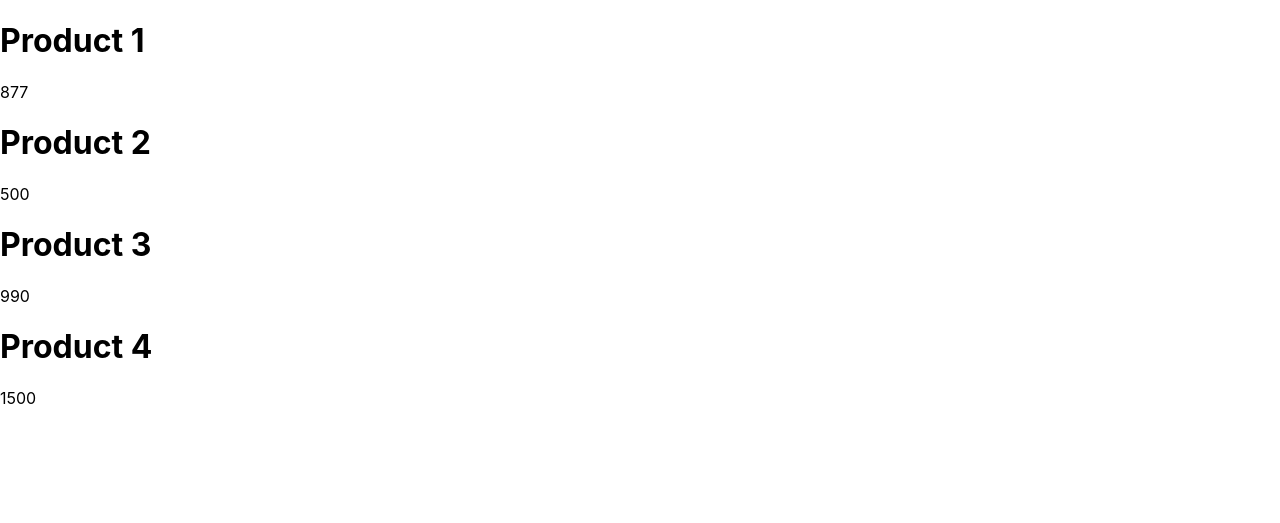
Repository: Imprasna/react-ecommerce
Page: /
An editor plug-in stored every save of this project. The page is shown before and after the next save, followed by the edit.
The browser window is 1280 px wide. The pictures show the whole page.
Some web libraries are served in a nearby version. The project was rebuilt for these pictures with package versions that can differ from the ones it lists, and the page was loaded fresh each time. Also part of the build but not shown: src/App.css.

Above is the page before, as saved 2022-06-12 11:27:55.

After the next save:
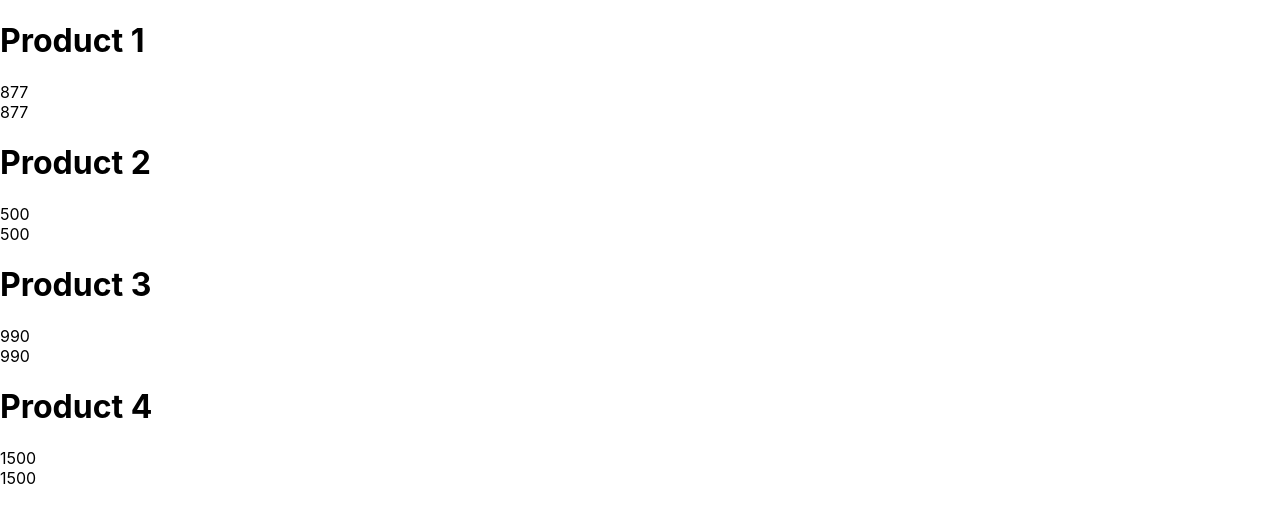
Saved 12 s later.
--- a/src/components/products.js
+++ b/src/components/products.js
@@ -12,6 +12,9 @@ function products() {
                   <div>
                       {product.price}
                   </div>
+                  <div>
+                      {product.price}
+                  </div>
               </div>
           )
       })
